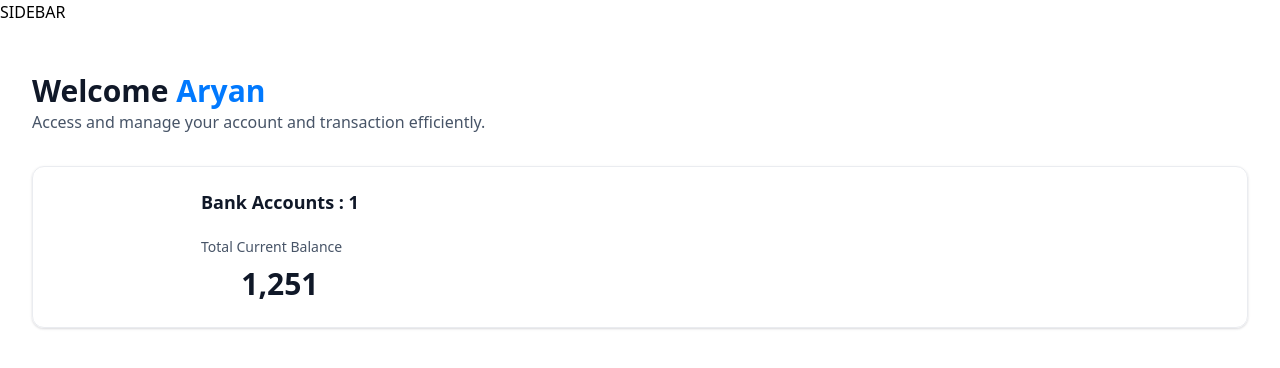
Repository: Strong02coder/banking_app
Page: /
These files come from the project's save history. The page is drawn as it stood at one moment and after the next save; the edit follows.
The browser window is 1280 px wide. The pictures show the whole page.
The project was rebuilt for these pictures with package versions that can differ from the ones it lists, and the page was loaded fresh each time. The framework's server and built-in components were replaced by stand-ins that run in the browser. Also part of the build but not shown: next.config.mjs.

Above is the page before, as saved 2024-09-19 19:28:35.

After the next save:
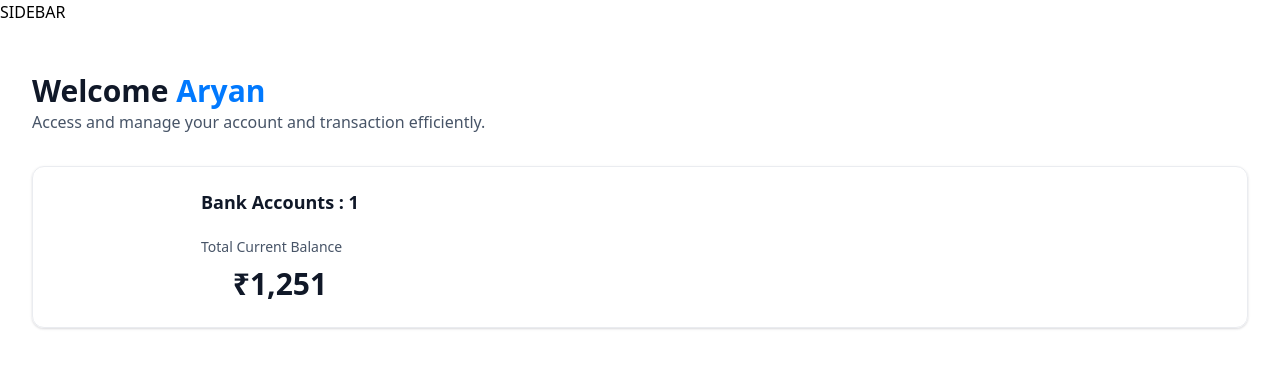
Saved 4 s later.
--- a/components/AnimatedCounter.tsx
+++ b/components/AnimatedCounter.tsx
@@ -7,7 +7,7 @@ const AnimatedCounter = ({amount}:{amount:number}) => {
 		<div>
 			<CountUp
 			  decimal=","
-  			prefix=""
+  			prefix="₹"
 				end={amount}
 			/>
 		</div>
